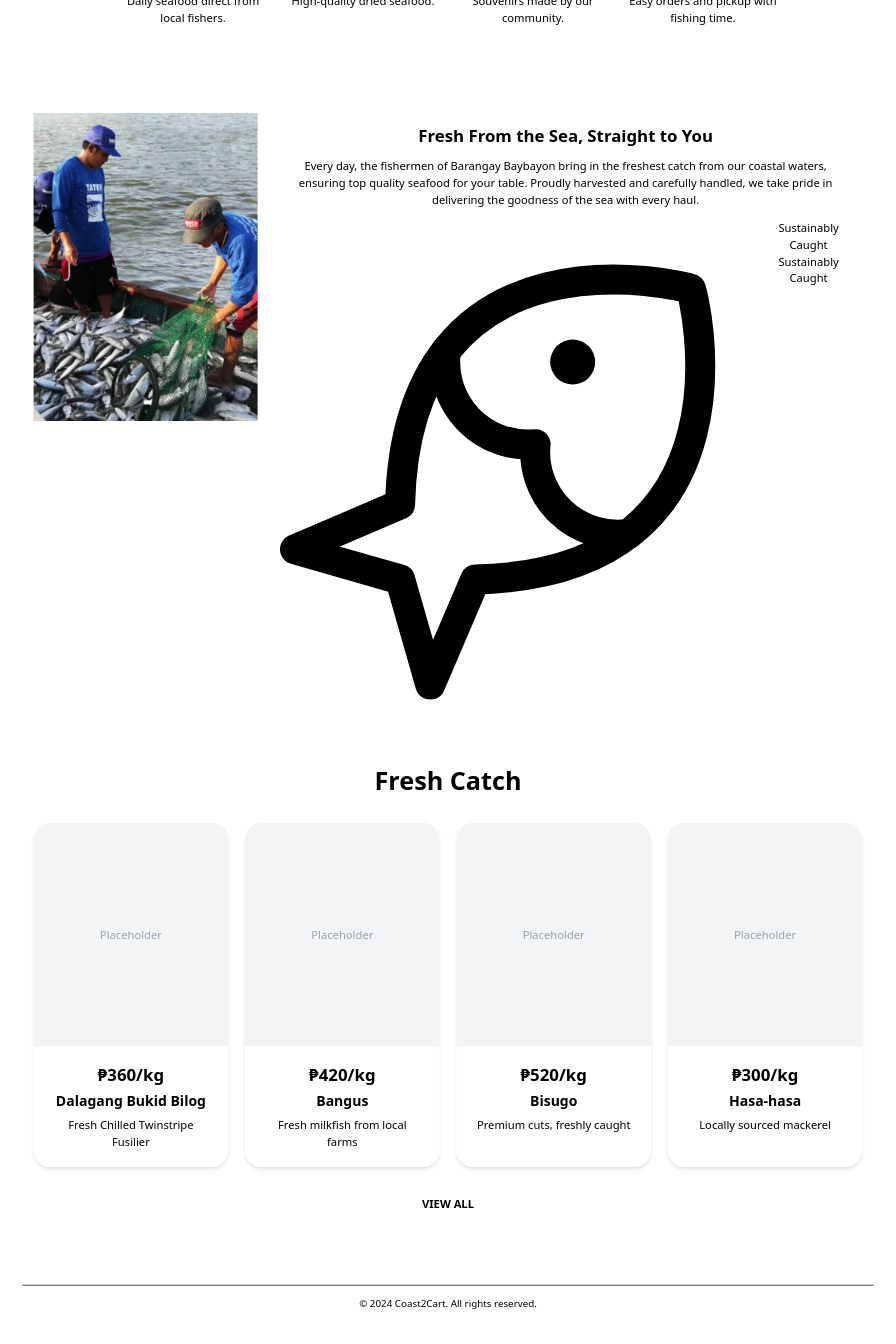
Repository: Coast2Card/coast2cart-frontend
Page: /
These files come from the project's save history. The page is drawn as it stood at one moment and after the next save; the edit follows.
The browser window is 1280 px wide. The pictures show the part of the page from y = 1439 to 3359 px (the page is 3359 px tall before and 3352 px after), at 70% of full size.
The project was rebuilt for these pictures with package versions that can differ from the ones it lists, and the page was loaded fresh each time. Also part of the build but not shown: vite.config.js, src/pages/Seafood.jsx, src/pages/Souvenirs.jsx, src/pages/About.jsx, src/pages/Cart.jsx, src/pages/Profile.jsx, src/pages/Colors.jsx.

Above is the page before, as saved 2025-09-07 15:41:46.

After the next save:
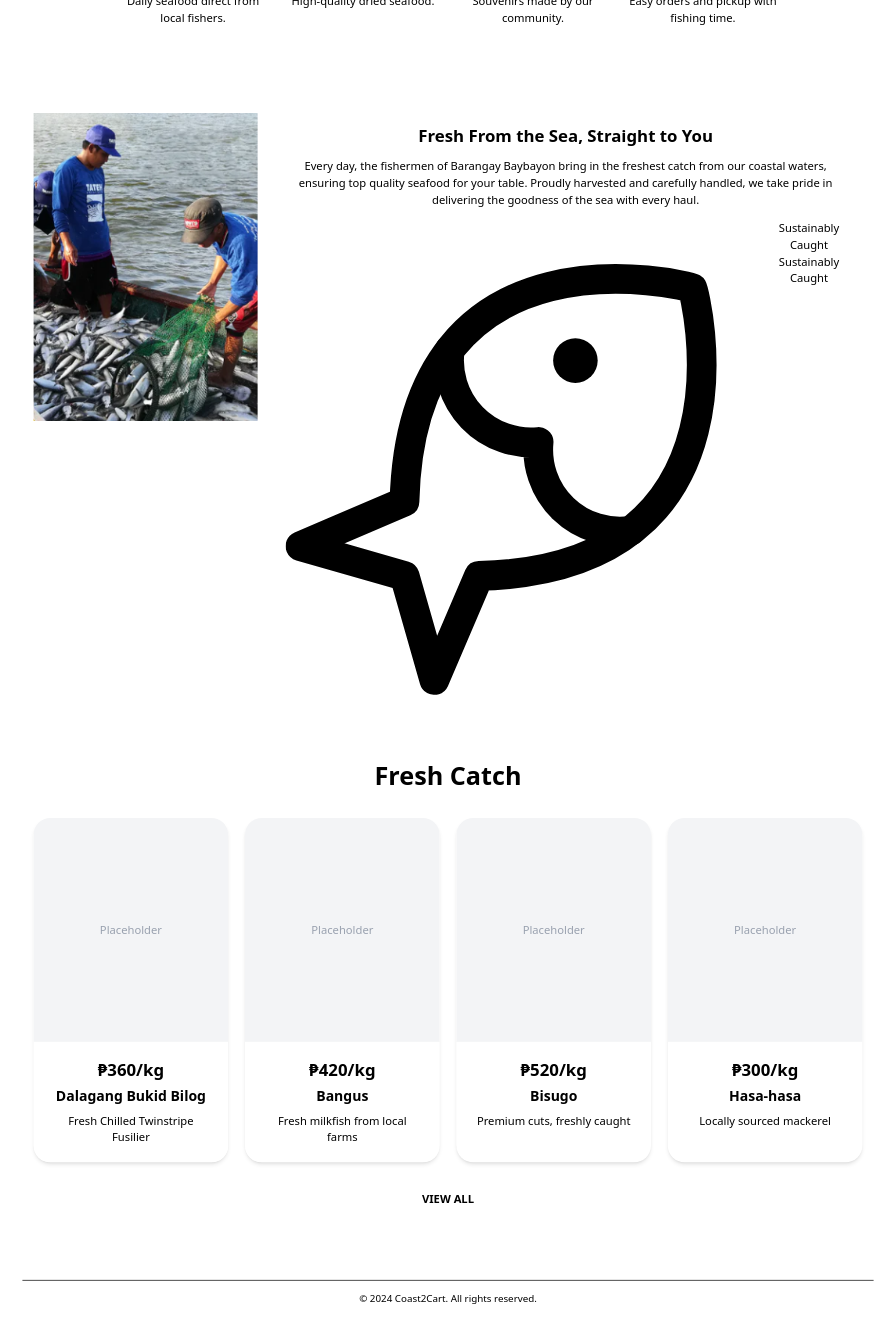
Saved 9 s later.
--- a/src/components/home/HomeGallery.jsx
+++ b/src/components/home/HomeGallery.jsx
@@ -17,8 +17,9 @@ const HomeGallery = () => {
           delivering the goodness of the sea with every haul.
         </p>
         <div className="flex gap-2 text-primary">
+          <div></div>
           <svg xmlns="http://www.w3.org/2000/svg" viewBox="0 0 256 256">
-            <rect width="256" height="256" fill="none" />
+            <rect fill="none" />
             <circle cx="156" cy="76" r="12" className="fill-primary" />
             <path
               d="M8,175.87l56.07,16.06,16,56.07,24-56.07C258.51,188.26,220,38.68,219,37c-1.73-1-151.25-39.46-155,114.9Z"
